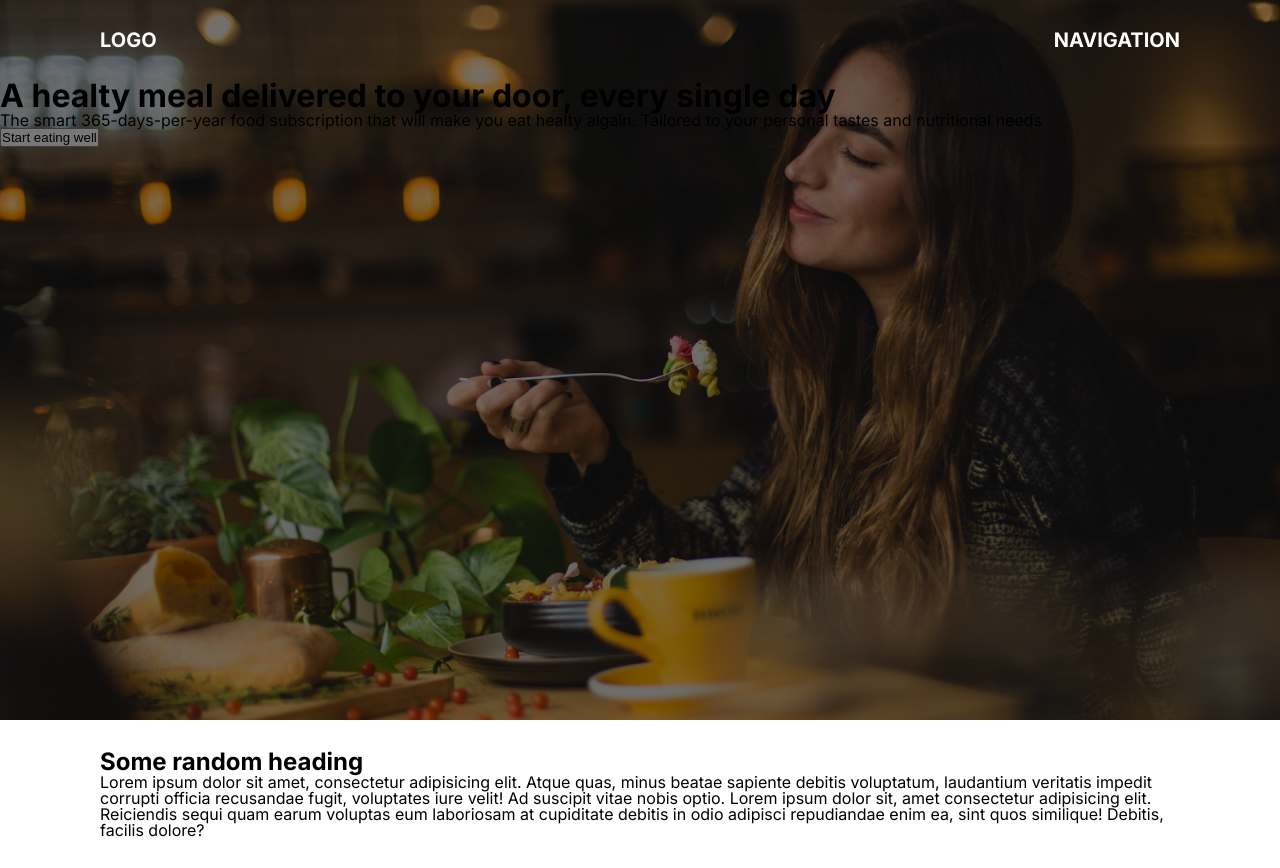
Repository: Ahmed123rezk123/06-Components
Page: hero.html
These files come from the project's save history. The page is drawn as it stood at one moment and after the next save; the edit follows.
The browser window is 1280 px wide. The pictures show the whole page.

Above is the page before, as saved 2024-09-18 09:17:08.

### hero.html
<!DOCTYPE html>
<html lang="en">
  <head>
    <meta charset="UTF-8" />
    <meta name="viewport" content="width=device-width, initial-scale=1.0" />
    <link rel="preconnect" href="https://fonts.gstatic.com" />
    <link
      href="https://fonts.googleapis.com/css2?family=Inter:wght@400;500;700&display=swap"
      rel="stylesheet"
    />
    <style>
      * {
        margin: 0;
        padding: 0;
        box-sizing: border-box;
      }

      body {
        font-family: "Inter", sans-serif;
        /* color: #343a40;
        background-color: #f8f9fa; */
        line-height: 1;
      }
      header {
        position: relative;
        background-image: url(/hero.jpg);
        background-repeat: no-repeat;
        background-size: cover;
        height: 100vh;
      }
      header::after {
        content: "";
        position: absolute;
        width: 100%;
        height: 100%;
        background-color: rgba(0, 0, 0, 0.5);
        top: 0;
        left: 0;
      }
      .container {
        margin: 0 100px;
        padding: 30px 0;
      }
      nav {
        display: flex;
        justify-content: space-between;
        align-items: center;
      }
      nav div {
        color: #fff;
        font-size: 20px;
        font-weight: bold;
        text-transform: uppercase;
        z-index: 2;
      }
    </style>
    <title>Pagination</title>
  </head>
  <body>
    <header>
      <nav class="container">
        <div>logo</div>
        <div>NAVIGATION</div>
      </nav>
      <div class="header-container">
        <div class="header-container-inner">
          <h1>A healty meal delivered to your door, every single day</h1>
          <p>
            The smart 365-days-per-year food subscription that will make you eat
            healty algain. Tailored to your personal tastes and nutritional
            needs
          </p>
          <button class="btn">Start eating well</button>
        </div>
      </div>
    </header>
    <section class="container">
      <h1>Some random heading</h1>
      <p>
        Lorem ipsum dolor sit amet, consectetur adipisicing elit. Atque quas,
        minus beatae sapiente debitis voluptatum, laudantium veritatis impedit
        corrupti officia recusandae fugit, voluptates iure velit! Ad suscipit
        vitae nobis optio. Lorem ipsum dolor sit, amet consectetur adipisicing
        elit. Reiciendis sequi quam earum voluptas eum laboriosam at cupiditate
        debitis in odio adipisci repudiandae enim ea, sint quos similique!
        Debitis, facilis dolore?
      </p>
    </section>
  </body>
</html>

After the next save:
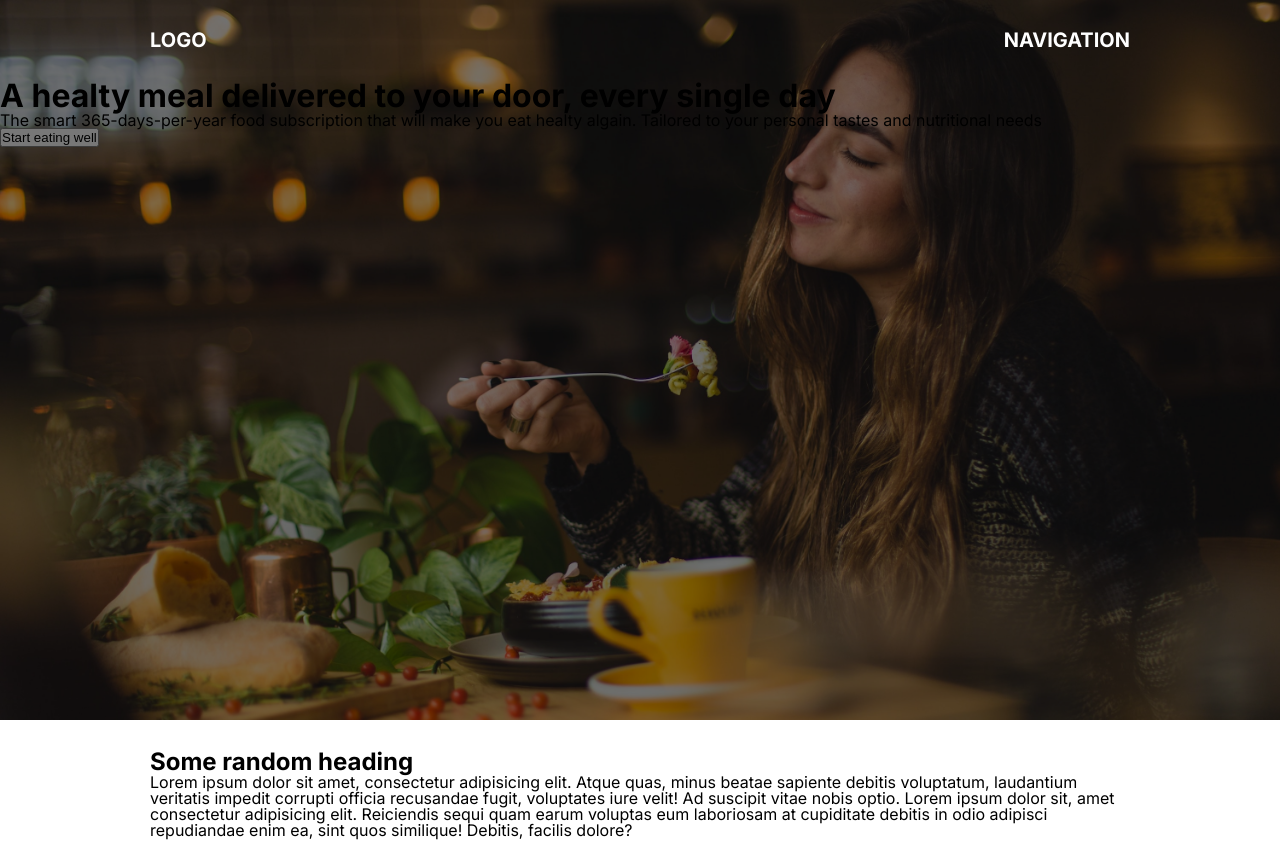
Saved 33 s later.
--- a/hero.html
+++ b/hero.html
@@ -38,7 +38,7 @@
         left: 0;
       }
       .container {
-        margin: 0 100px;
+        margin: 0 150px;
         padding: 30px 0;
       }
       nav {
